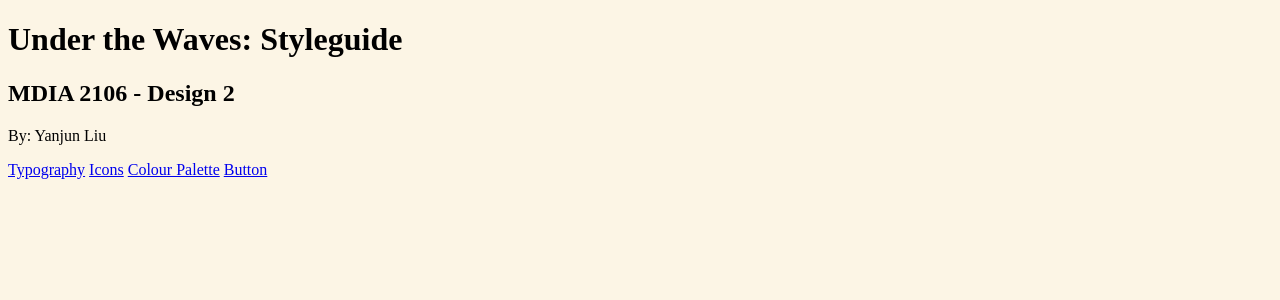
Repository: TeoEstrada9/styleguide
Page: index.html
An editor plug-in stored every save of this project. The page is shown before and after the next save, followed by the edit.
The browser window is 1280 px wide. The pictures show the whole page.

Above is the page before, as saved 2023-03-02 10:23:38.

### index.html
<!DOCTYPE html>
<html lang="en">
  <head>
    <meta charset="UTF-8" />
    <meta http-equiv="X-UA-Compatible" content="IE=edge" />
    <meta name="viewport" content="width=device-width, initial-scale=1.0" />
    <title>Under the Waves</title>
    <!-- Favicon  -->
    <link rel="shortcut icon" href="images/whale.png" />
    <link rel="stylesheet" href="style.css" />
  </head>
  <body>
    <h1>Under the Waves: Styleguide</h1>
    <h2>MDIA 2106 - Design 2</h2>
    <p>By: Yanjun Liu</p>
    <div class="nav-bar">
      <a href="./pages/typography.html">Typography</a>
      <a href="./pages/buttons/icons.html">Icons</a>
      <a href="./pages/colorPalette.html">Colour Palette</a>
      <a href="./pages/buttons/icons.html">Button</a>
    </div>
  </body>
</html>

### style.css
body{
    background-color: #FCF5E5;
}

html{

}

After the next save:
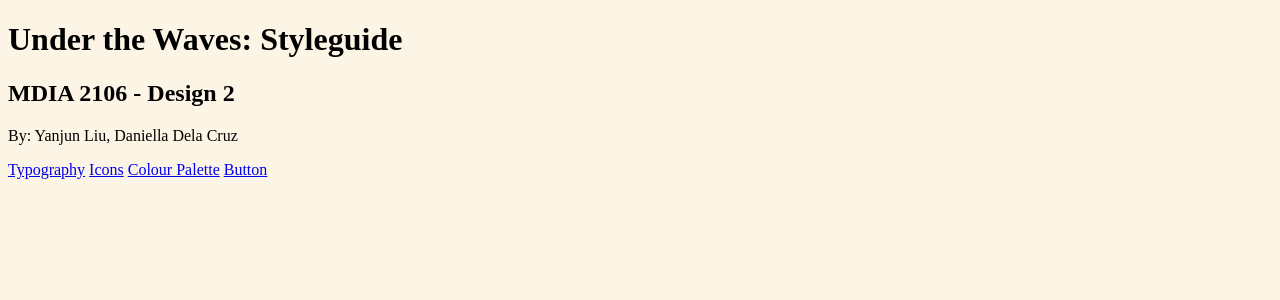
Saved 8 s later.
--- a/index.html
+++ b/index.html
@@ -12,7 +12,7 @@
   <body>
     <h1>Under the Waves: Styleguide</h1>
     <h2>MDIA 2106 - Design 2</h2>
-    <p>By: Yanjun Liu</p>
+    <p>By: Yanjun Liu, Daniella Dela Cruz</p>
     <div class="nav-bar">
       <a href="./pages/typography.html">Typography</a>
       <a href="./pages/buttons/icons.html">Icons</a>
